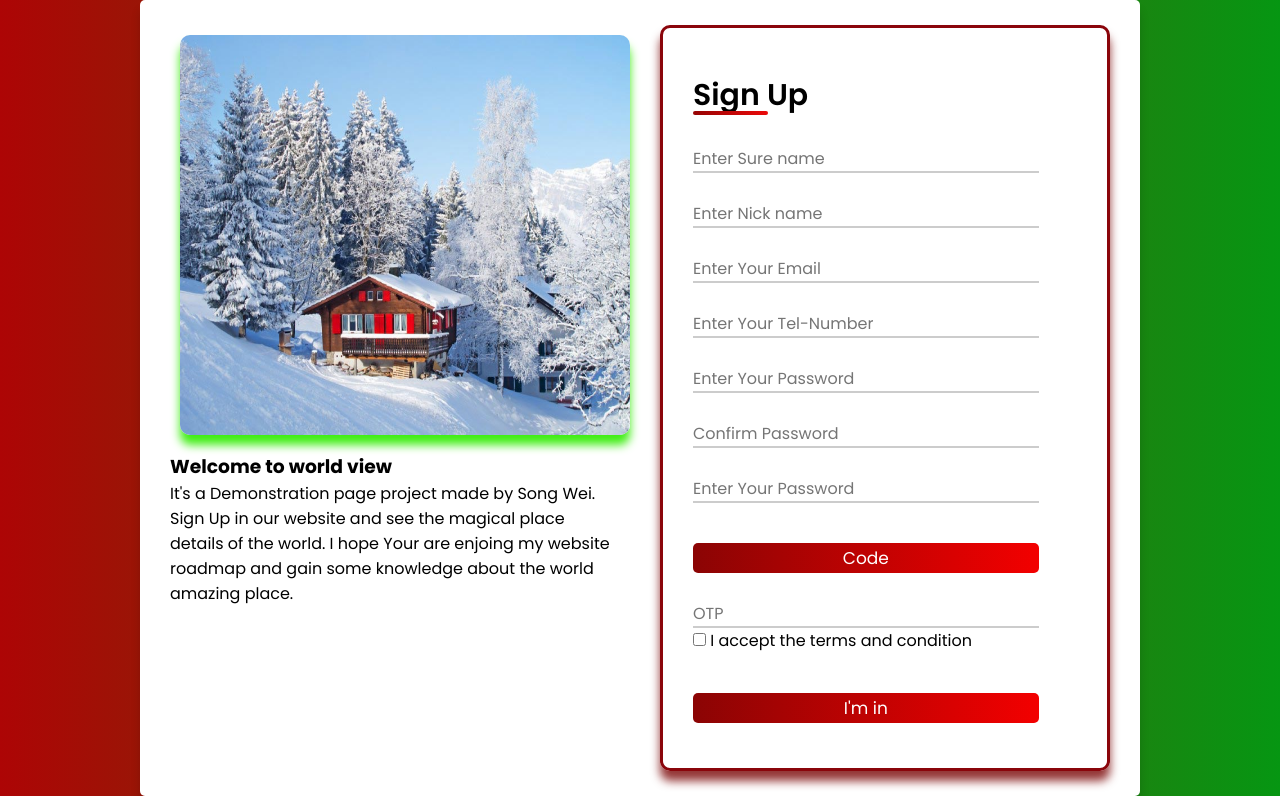
Repository: dev-ashik/Halloween
Page: Reg Page/Index.html
An editor plug-in stored every save of this project. The page is shown before and after the next save, followed by the edit.
The browser window is 1280 px wide. The pictures show the whole page.

Above is the page before, as saved 2021-12-21 22:37:51.

After the next save:
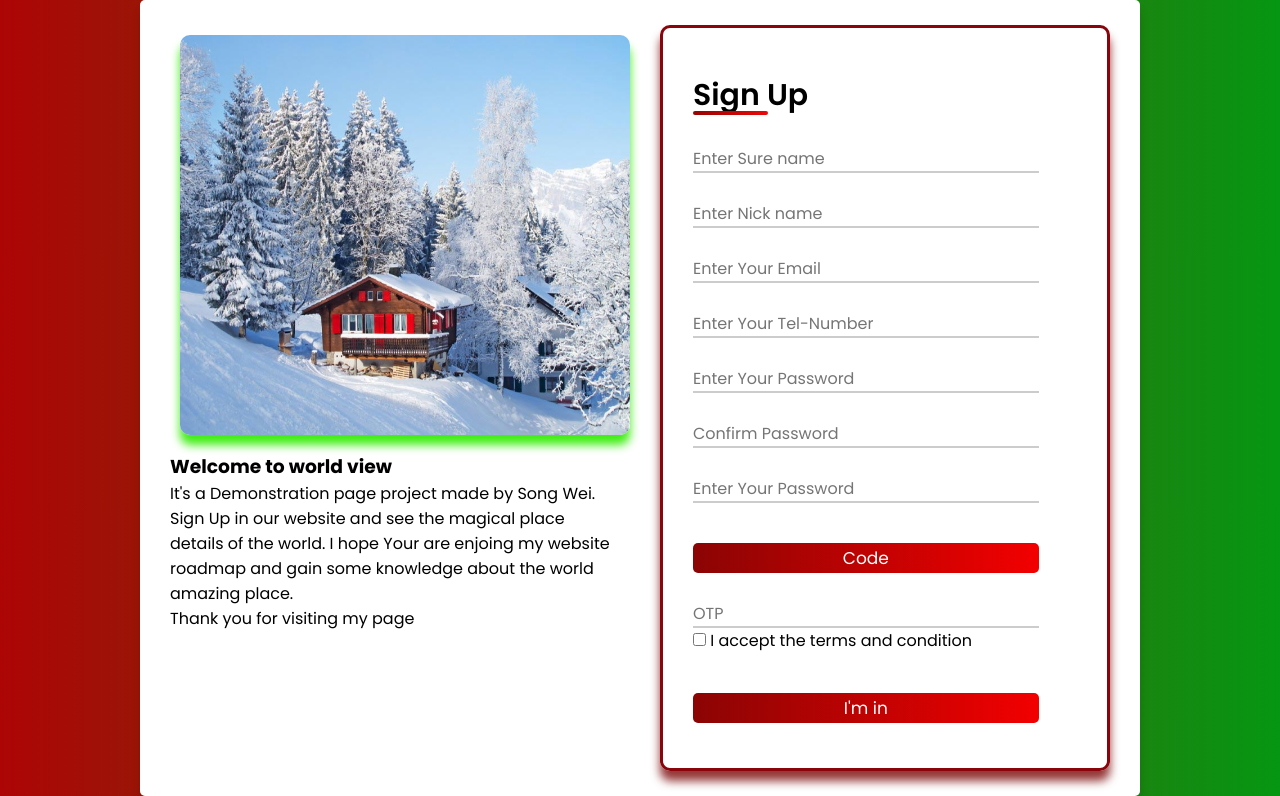
Saved 49 s later.
--- a/Reg Page/Index.html
+++ b/Reg Page/Index.html
@@ -15,8 +15,8 @@
             <img src="IMG/banner.jpg" alt=""><br/>
             <h3>Welcome to world view</h3>
             <p>It's a Demonstration page project made by Song Wei. Sign Up in our website and see the magical place details of the world. I hope Your are enjoing my website roadmap and gain some knowledge about the world amazing place.
-
             </p>
+            <p>Thank you for visiting my page</p>
         </div>
         <div class="form">
             <form action="#">
